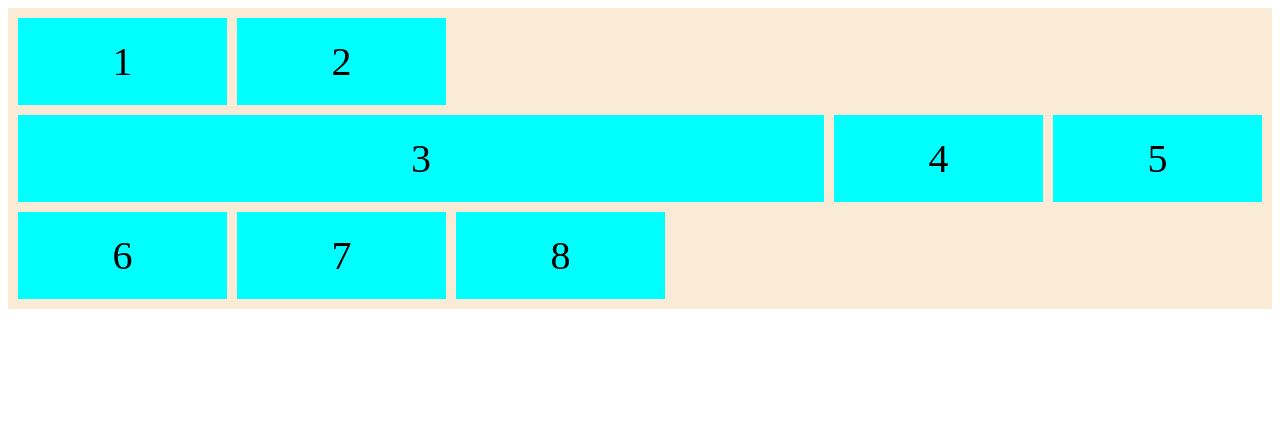
Repository: Thonghehe/Lab1_WEB106
Page: index11.html
The author's editor kept a copy of each file at every save. The page is drawn from the files as they stood at one save, then again after the next save.
The browser window is 1280 px wide. The pictures show the whole page.

Above is the page before, as saved 2024-03-05 18:05:58.

After the next save:
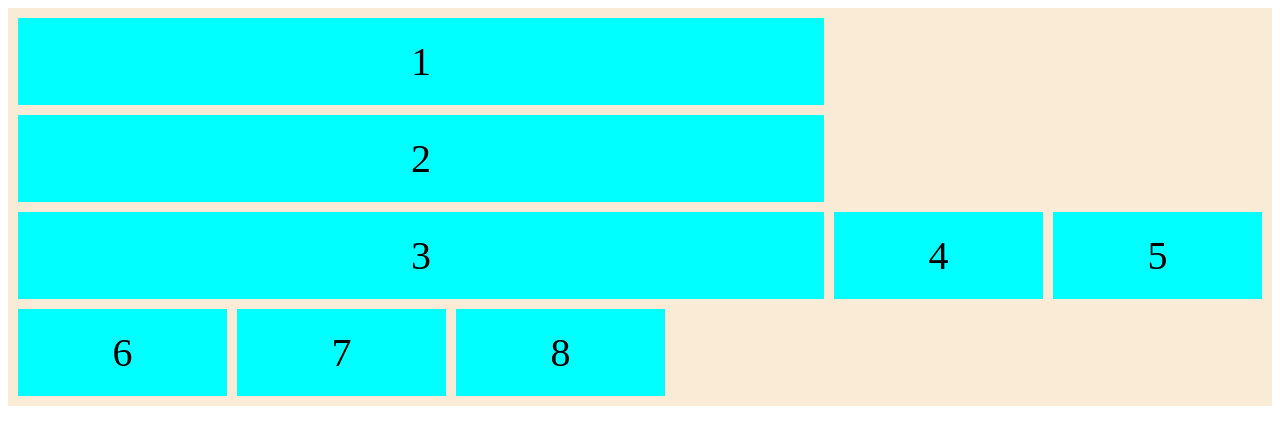
Saved 8 s later.
--- a/style.css
+++ b/style.css
@@ -15,9 +15,7 @@
 }
 
 .item1,
-.item2 {
-    grid-row: span;
-}
+.item2,
 
 .item3 {
     grid-column: 1/5;
